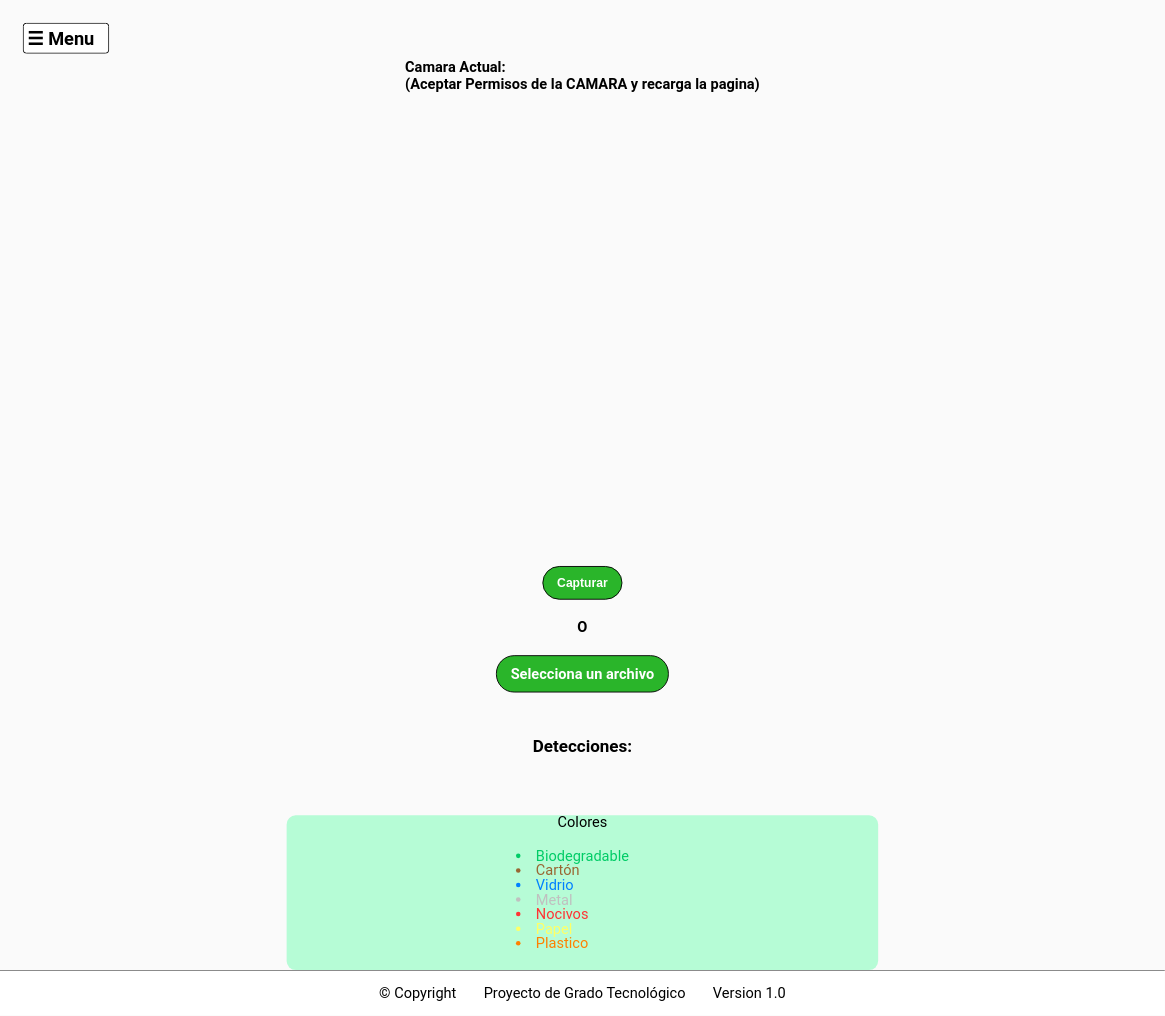
Repository: castecabas/Recicladora
Page: http://localhost/model
These files come from the project's save history. The page is drawn as it stood at one moment and after the next save; the edit follows.
The browser window is 1280 px wide. The pictures show the whole page, at 91% of full size.
Pictures or frames that could not be fetched are drawn as grey boxes. The page is served by the project's application, run on Flask 3 (src/index.py).

Above is the page before, as saved 2024-12-22 20:29:40.

After the next save:
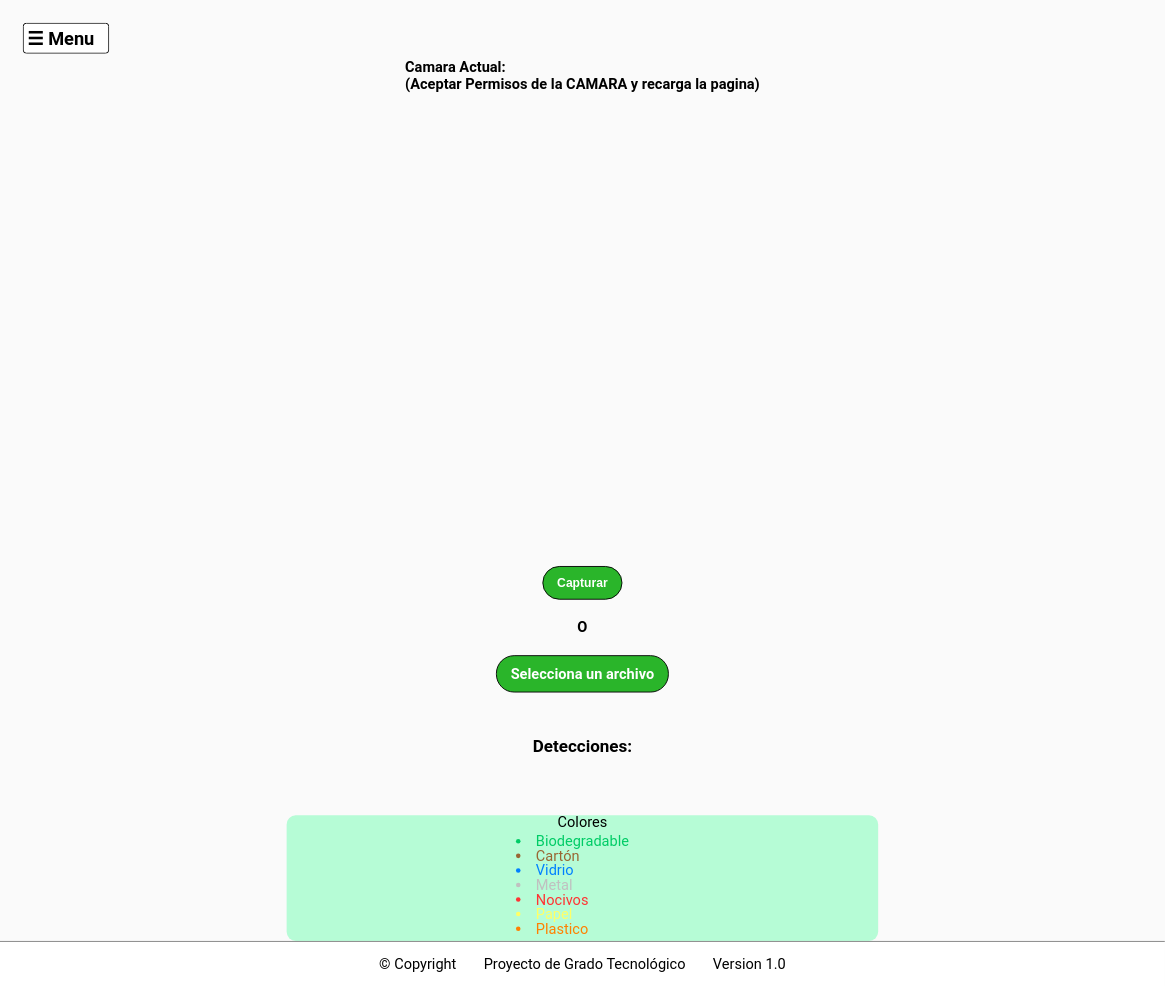
Saved 23 s later.
--- a/src/static/css/model.css
+++ b/src/static/css/model.css
@@ -323,6 +323,10 @@ div.colors{
     background: rgba(165, 253, 205, 0.8);
     border-radius: 10px;
 
+    ul{
+        margin: 0;
+    }
+
     .bio{
         color: #00cc66;
     }
